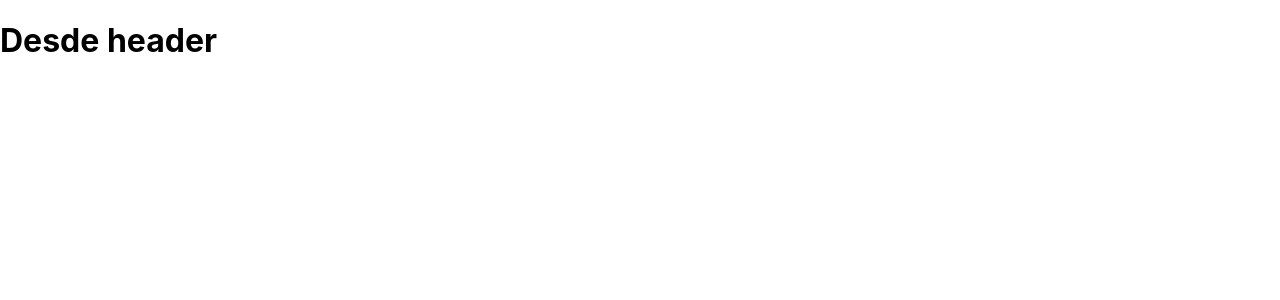
Repository: rlaureano/citas_react
Page: /
The author's editor kept a copy of each file at every save. The page is drawn from the files as they stood at one save, then again after the next save.
The browser window is 1280 px wide. The pictures show the whole page.
The project was rebuilt for these pictures with package versions that can differ from the ones it lists, and the page was loaded fresh each time. Also part of the build but not shown: vite.config.js.

Above is the page before, as saved 2022-01-11 20:44:42.

### index.html
<!DOCTYPE html>
<html lang="en">
  <head>
    <meta charset="UTF-8" />
    <link rel="icon" type="image/svg+xml" href="/src/favicon.svg" />
    <meta name="viewport" content="width=device-width, initial-scale=1.0" />
    <title>Citas React</title>
  </head>
  <body>
    <div id="root"></div>
    <script type="module" src="/src/main.jsx"></script>
  </body>
</html>

### src/App.jsx
 import Formulario from "./components/Formulario"
 import Header from "./components/Header"

 function App() {

  const mensaje = "Hola"
  return (
    <>
       <Header />
    </>
  )
}

export default App

### src/components/Header.jsx
function Header() {
  return (
    <h1>Desde header</h1>
  )
}

export default Header

### src/components/Formulario.jsx
import React from 'react'

const Formulario = () => {
  return (
    <div>
      <h2>Formulario</h2>
    </div>
  )
}

export default Formulario

Loaded but not shown: src/main.jsx (common file); src/index.css (common file)

After the next save:
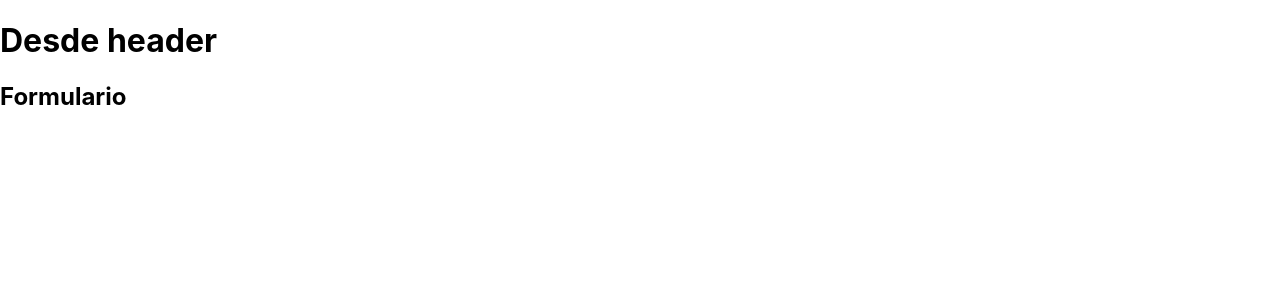
Saved 17 s later.
--- a/src/App.jsx
+++ b/src/App.jsx
@@ -7,6 +7,7 @@
   return (
     <>
        <Header />
+       <Formulario />
     </>
   )
 }
